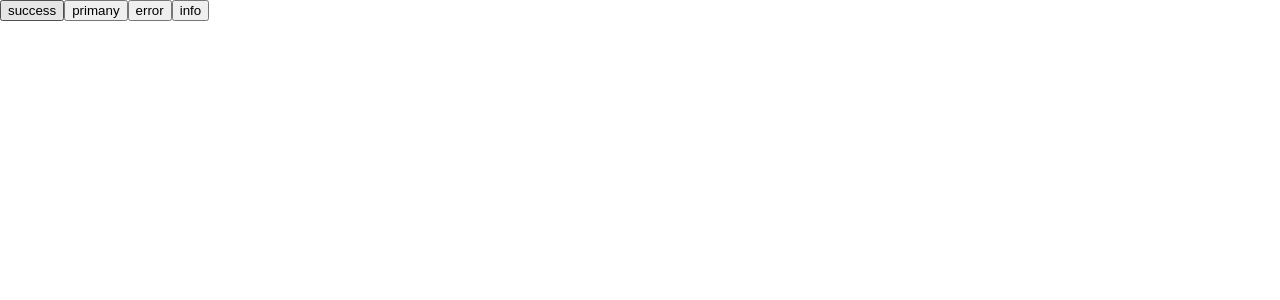
Repository: loooseFish/Jenkins_Case
Page: /
An editor plug-in stored every save of this project. The page is shown before and after the next save, followed by the edit.
The browser window is 1280 px wide. The pictures show the whole page.
The project was rebuilt for these pictures with package versions that can differ from the ones it lists, and the page was loaded fresh each time. Also part of the build but not shown: vue.config.js.

Above is the page before, as saved 2024-05-13 09:32:19.

### src/main.js
import Vue from 'vue' // 导入Vue的核心包
import Parent from './App.vue'
import router from './router'
// message解构
import { message } from './components';
Vue.use(message)

// Vue.use(message)

Vue.config.productionTip = false

// vue错误包装
Vue.config.errorHandler = function (err, vm, info) {
  // 错误处理逻辑
  if (err.isAxiosError) {
    //axios请求错误为手动捕获 不需要进行解析处理
  } else {
    const errJson = JSON.stringify(err, Object.getOwnPropertyNames(err), 2)
    console.log(JSON.parse(errJson))
  }
};

// vue省略
// Vue.config.ignoredElements = [
//   'app',
//   // 用一个 `RegExp` 忽略所有“ion-”开头的元素
//   // 仅在 2.5+ 支持
//   /^app-/
// ]

// vue性能优化 https://juejin.cn/post/6844903651262070791#heading-0
Vue.config.performance = true;

// 初始化Vue实例
new Vue({
  render: h => h(Parent), // 执行App.vue组件
  router,
}).$mount('#app') // 挂载到index.html页面中的id="app"

### src/App.vue
<template>
  <div id="app">
    <button @click="$msg.show({ type: 'success' });">success</button>
    <button @click="$msg.show({ type: 'primany' });">primany</button>
    <button @click="$msg.show({ type: 'error' });">error</button>
    <button @click="$msg.show({ type: 'info' });">info</button>
  </div>
</template>

<script>
export default {
  data() {
    return {
      number: [1, 2, 3, 4, 5, 6]
    }
  },
  components: {
  },
  methods: {

  },
  created() {

  },
  render(createEle) {
    return createEle('ul', {
      attrs: { class: 'caseUl' }, on: {
        click: () => {
          console.log('render元素: ul');
        }
      }
    }, this.number.map(item => createEle('li', { attrs: { class: 'caseLi' } }, `${item}`)))
  },

}

</script>

<style>
.caseUl {
  border: 1px solid #000;
}

.caseLi {
  border: 1px solid #d21e1e;
}
</style>

### src/router/index.js
import Vue from 'vue';
import VueRouter from 'vue-router';

Vue.use(VueRouter);

const router = new VueRouter({
    // routes: [
    //     { path: '/', redirect: '/' },
    // ]
});

export default router;

### src/components/index.js
import message from "./messageBox";

export {
    message
}

### src/components/messageBox/index.js
import Vue from "vue";
import _message from "./message.vue";

export default {
    install(Vue) {
        let messageBox = null
        let vm = null

        Vue.component(_message.name, _message);

        Vue.prototype.$msg = {
            show,
        }

        function show(props) {
            if (!messageBox) {
                messageBox = Vue.extend({
                    render(h) {
                        return h('message', { props })
                    }
                })

                vm = new messageBox().$mount();

                document.body.appendChild(vm.$el);

                setTimeout(() => {
                    document.body.removeChild(vm.$el);
                    messageBox = null;
                    vm = null;
                }, 1950);


            }
        }
    }

};

### src/components/messageBox/message.vue
<template>
    <div :class="['message', type]">

        <!-- new (no), validator (no), 根节点 (no), 导出模块集合 (no) -->


        <div class="header">

            <span>{{ title }}</span>

        </div>

        <div class="content">

            <span>{{ content }}</span>

        </div>

    </div>
</template>

<script>
export default {
    name: 'message',
    props: {
        type: {
            type: String,
            default: "success",
            validator(value) {
                return [
                    "success",
                    "primany",
                    "error",
                    "info"
                ].includes(value);
            }
        },
        content: {
            type: String,
            default: 'CONTENT'
        },
        title: {
            type: String,
            default: "TITLE"
        }
    },
    data() {
        return {
            message: 'default',
        }
    },

    components: {

    },
    methods: {

    },
    created() {

    }

}

</script>

<style lang="less">
body {
    margin: 0;
}

.displayFlex(@one, @two, @three) {
    display: flex;
    align-items: @one;
    justify-content: @two;
    flex-direction: @three;
}

.message {
    transition: all 0.3s;
    position: absolute;
    top: 0;
    left: 50%;
    transform: translate(-50%);
    border: 2px solid #00000066;
    width: 300px;
    height: 100px;
    border-radius: 5px;
    box-shadow: 0 2px 5px #aeaeae;
    .displayFlex(center, space-evenly, column);

    animation: moveY 2s linear;

    .header {
        width: 180px;

        .displayFlex(baseline, space-between, row);
    }

    .content {
        width: 180px;

        .displayFlex(baseline, space-between, row);
    }
}

@keyframes moveY {
    0% {
        opacity: .0;
    }

    25% {
        opacity: 1;
    }

    50% {
        opacity: 1;
    }


    75% {
        opacity: 1;
    }

    100% {
        opacity: .0;
    }
}

.success {
    background-color: #00ff4c20;
}

.primany {
    background-color: #ffe10020;
}

.error {
    background-color: #ff000020;
}

.info {
    background-color: #0026ff20;
}
</style>

Loaded but not shown: public/index.html (common file)

After the next save:
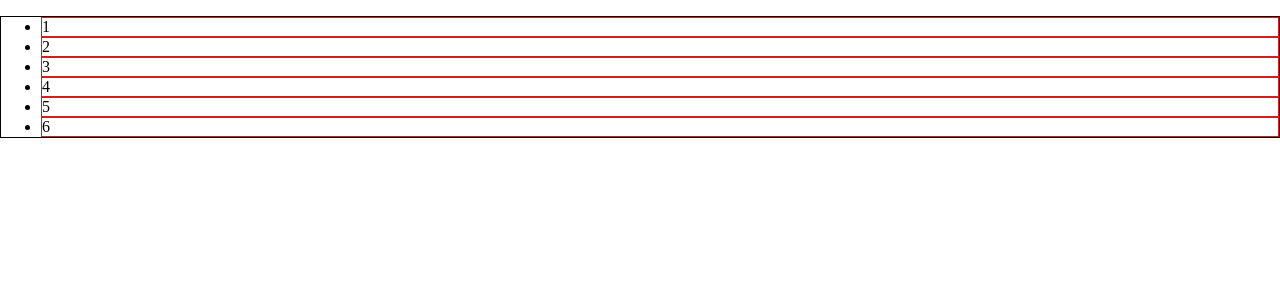
Saved 2 min 37 s later.
--- a/src/App.vue
+++ b/src/App.vue
@@ -1,11 +1,11 @@
-<template>
+<!-- <template>
   <div id="app">
     <button @click="$msg.show({ type: 'success' });">success</button>
     <button @click="$msg.show({ type: 'primany' });">primany</button>
     <button @click="$msg.show({ type: 'error' });">error</button>
     <button @click="$msg.show({ type: 'info' });">info</button>
   </div>
-</template>
+</template> -->
 
 <script>
 export default {

After the 3 saves that followed:
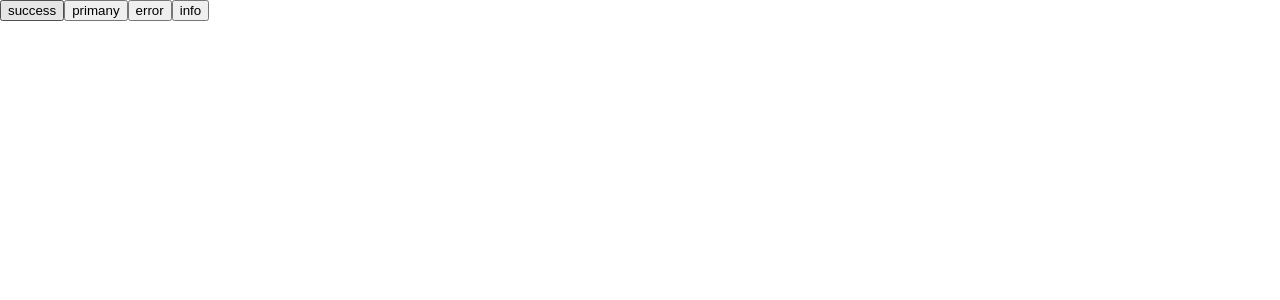
The 3 saves are shown as one change because they came seconds apart.
The last was saved 11 s later.
--- a/src/App.vue
+++ b/src/App.vue
@@ -1,11 +1,11 @@
-<!-- <template>
+<template>
   <div id="app">
     <button @click="$msg.show({ type: 'success' });">success</button>
     <button @click="$msg.show({ type: 'primany' });">primany</button>
     <button @click="$msg.show({ type: 'error' });">error</button>
     <button @click="$msg.show({ type: 'info' });">info</button>
   </div>
-</template> -->
+</template>
 
 <script>
 export default {
